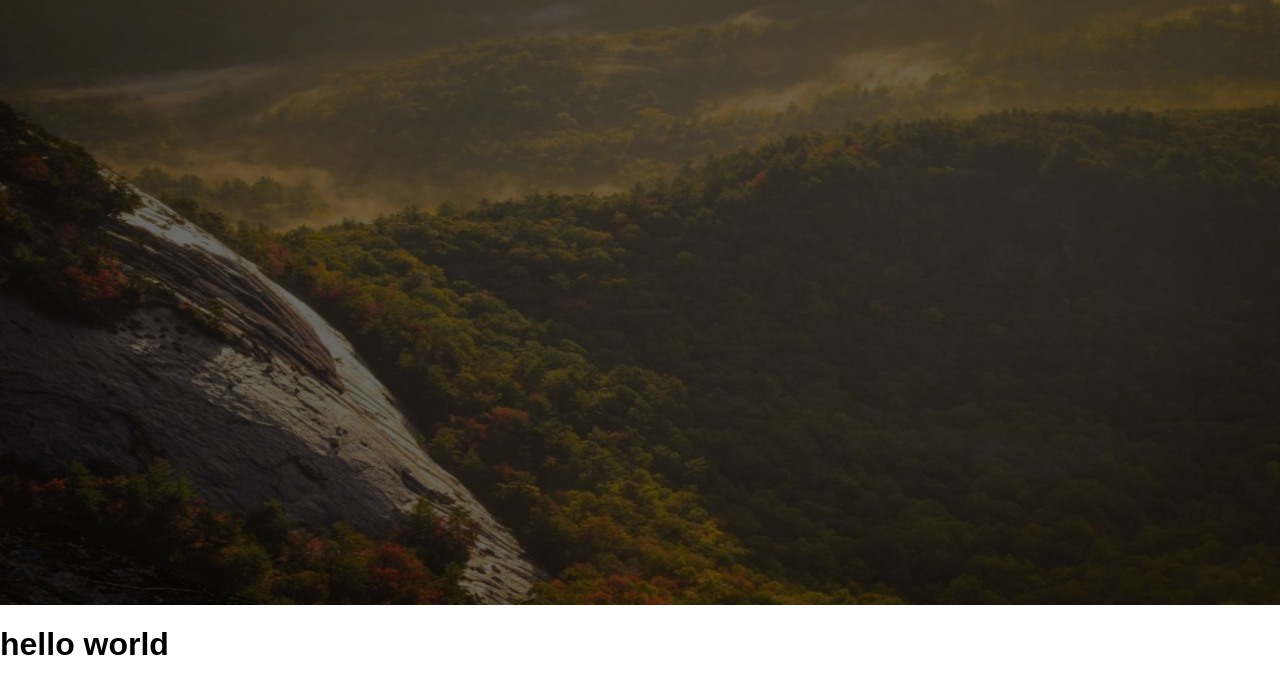
Repository: sogeisetsu/suy-ife
Page: 009-011/index.html
An editor plug-in stored every save of this project. The page is shown before and after the next save, followed by the edit.
The browser window is 1280 px wide. The pictures show the whole page.

Above is the page before, as saved 2019-10-10 20:00:11.

After the next save:
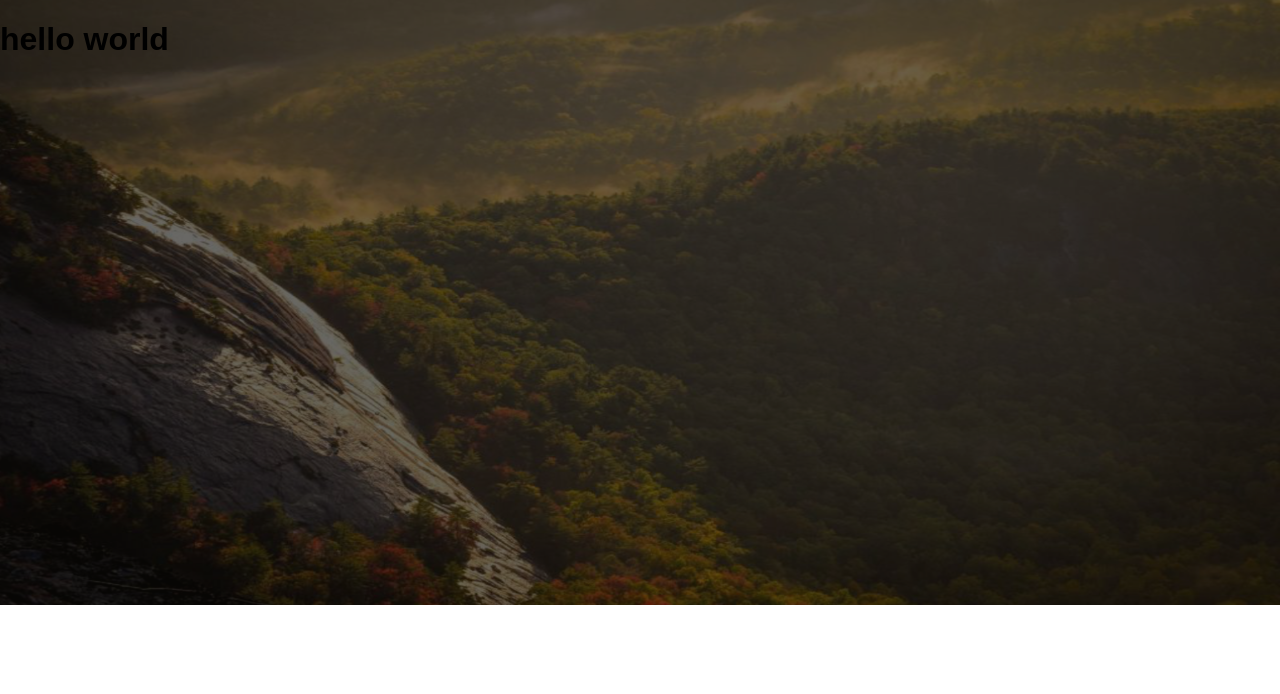
Saved 60 s later.
--- a/009-011/index.css
+++ b/009-011/index.css
@@ -11,6 +11,7 @@ html,body{
     position: relative;
     width: 100%;
     height: 100%;;
+    z-index: -1;
 }
 .headbackcolor{
     background-color: rgba(12, 10, 8, 0.61);
@@ -25,6 +26,7 @@ html,body{
     display: block;
 }
 .headfont{
+    position: relative;
     margin: 0;
-
+    bottom: 605px;
 }
